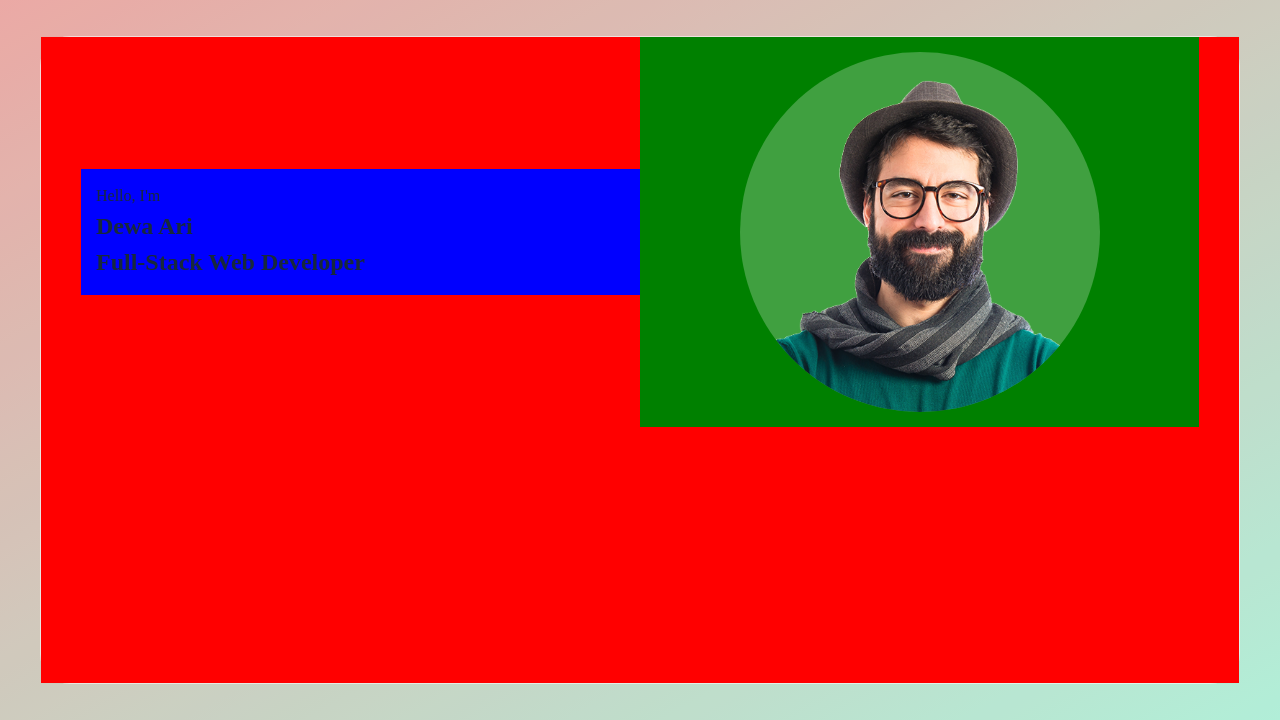
Repository: dewaary/Glassmorp-me
Page: index.html
An editor plug-in stored every save of this project. The page is shown before and after the next save, followed by the edit.
The browser window is 1280 px wide. The pictures show the whole page.

Above is the page before, as saved 2021-05-12 22:15:16.

### index.html
<!DOCTYPE html>
<html lang="en">
<head>
    <meta charset="UTF-8">
    <meta http-equiv="X-UA-Compatible" content="IE=edge">
    <meta name="viewport" content="width=device-width, initial-scale=1.0">
    <link rel="stylesheet" href="style.css">
    <title>Document</title>
</head>
<body>


    <div class="main">

        <section class="home-section">
            <div class="container">
                <div class="row align-items-center">
                    <div class="home-text">
                        <p>Hello, I'm</p>
                        <h1>Dewa Ari</h1>
                        <h2>Full-Stack Web Developer</h2>
                    </div>
                    <div class="home-img">
                        <div class="img-box">
                            <img src="img/profile-img.png" alt="profile-img">
                        </div>
                    </div>
                </div>
            </div>
        </section>

    </div>

</body>
</html>

### style.css

:root{
    --main-color: #e02f6b;
    --blue: #0000ff;
    --blue-dark: #18293c;
    --orange: #ffa500;
    --green-yellow: #cddc39;
    --pink-light: #efa2b4;
    --cyan-light: #aef1ee;
    --white: #ffffff;
    --white-alpha-40: rgba(255, 255, 255, 0.40);
    --white-alpha-25: rgba(255, 255, 255, 0.25);
    --backdrop-filter-blur: blur(5px);

}

*{
    box-sizing: border-box;
    padding: 0;
    margin: 0;
    outline: none;
}

::before,
::after{
    box-sizing: border-box;
}

body {
    min-height: 100vh;
    background-image: linear-gradient(to bottom right, var(--pink-light), var(--cyan-light));
    font-size: 16px;
    color: var(--blue-dark);
    line-height: 1.5;
    overflow-x: hidden;
    -webkit-tap-highlight-color: transparent;
    padding: 5vh 15px;
}

body::before{
    content: '';
    position: fixed;
    left: 0;
    top: 0;
    height: 100%;
    width: 100%;
    background-color: var(--green-yellow);
    z-index: -1;
    opacity: 0.12;
}

img{
   max-width: 100%;
   vertical-align: middle;
}

section {
    background-color: var(--white-alpha-25);
    border: 1px solid var(--white-alpha-40);
    min-height: 90vh;
    border-radius: 30px;
}

.main{
    max-width: 1200px;
    margin: auto;
}

.row{
    display: flex;
    flex-wrap: wrap;
}

.container {
    background-color: red;
    padding: 0 40px;
    width: 100%;
}

.align-items-center{
    align-items: center;
}

/*
Home Section */

.home-section{
    display: flex;
}

.home-text{
    background-color: blue;
}

.home-img{
    background-color: green;
}

.home-text, .home-img{
    width: 50%;
    padding: 15px;
}

.home-img .img-box{
    max-width: 360px;
    background-color: var(--white-alpha-25);
    border-radius: 50%;
    background-color: var(--white-alpha-25);
    margin: auto;
}

.home-img .img-box img{
    width: 100%;
    border-radius: 50%;
}

After the next save:
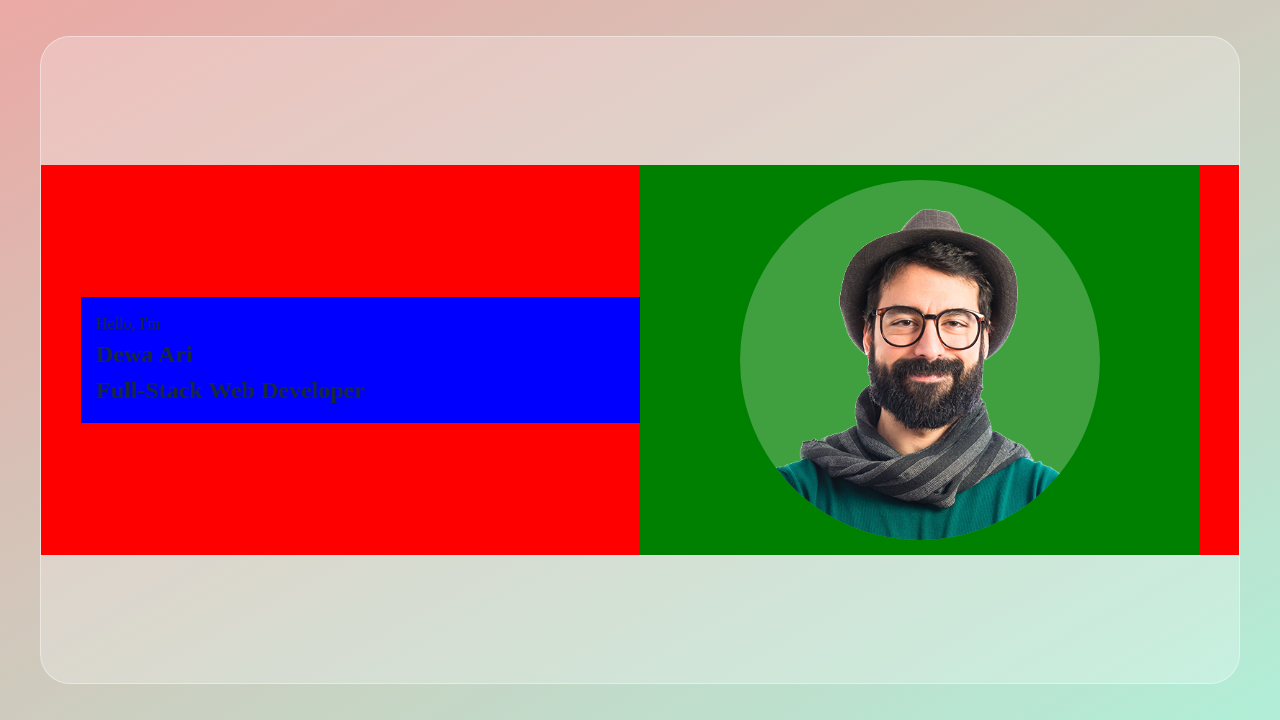
Saved 20 s later.
--- a/index.html
+++ b/index.html
@@ -12,7 +12,7 @@
 
     <div class="main">
 
-        <section class="home-section">
+        <section class="home-section align-items-center">
             <div class="container">
                 <div class="row align-items-center">
                     <div class="home-text">
